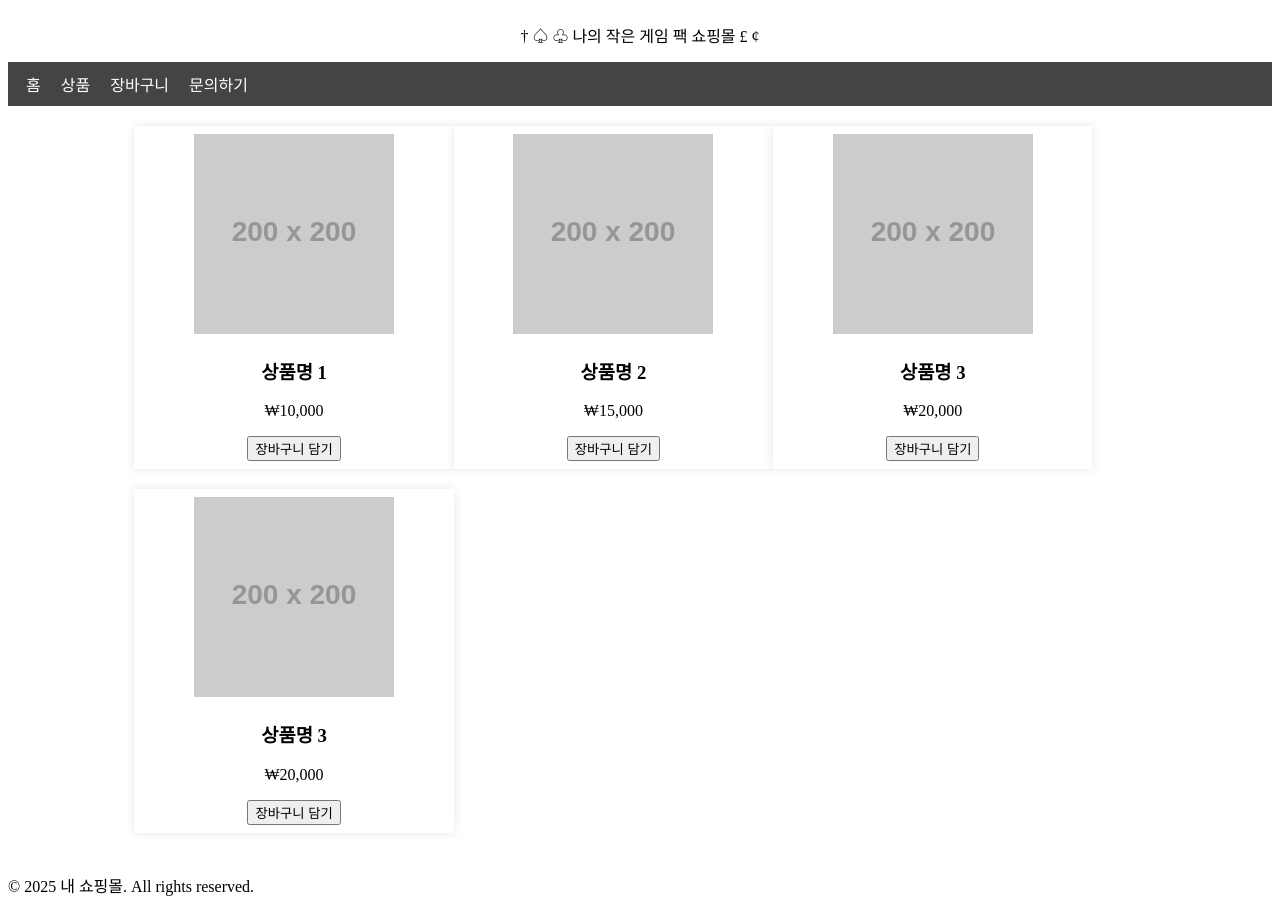
Repository: SeungYeon04/A_AssetsJSP
Page: http://localhost/JSP_Start01/
An editor plug-in stored every save of this project. The page is shown before and after the next save, followed by the edit.
The browser window is 1280 px wide. The pictures show the whole page.
Some web fonts or font styles are not loaded; a fallback is used. The page is served by Tomcat 9.

Above is the page before, as saved 2025-03-11 05:53:41.

After the next save:
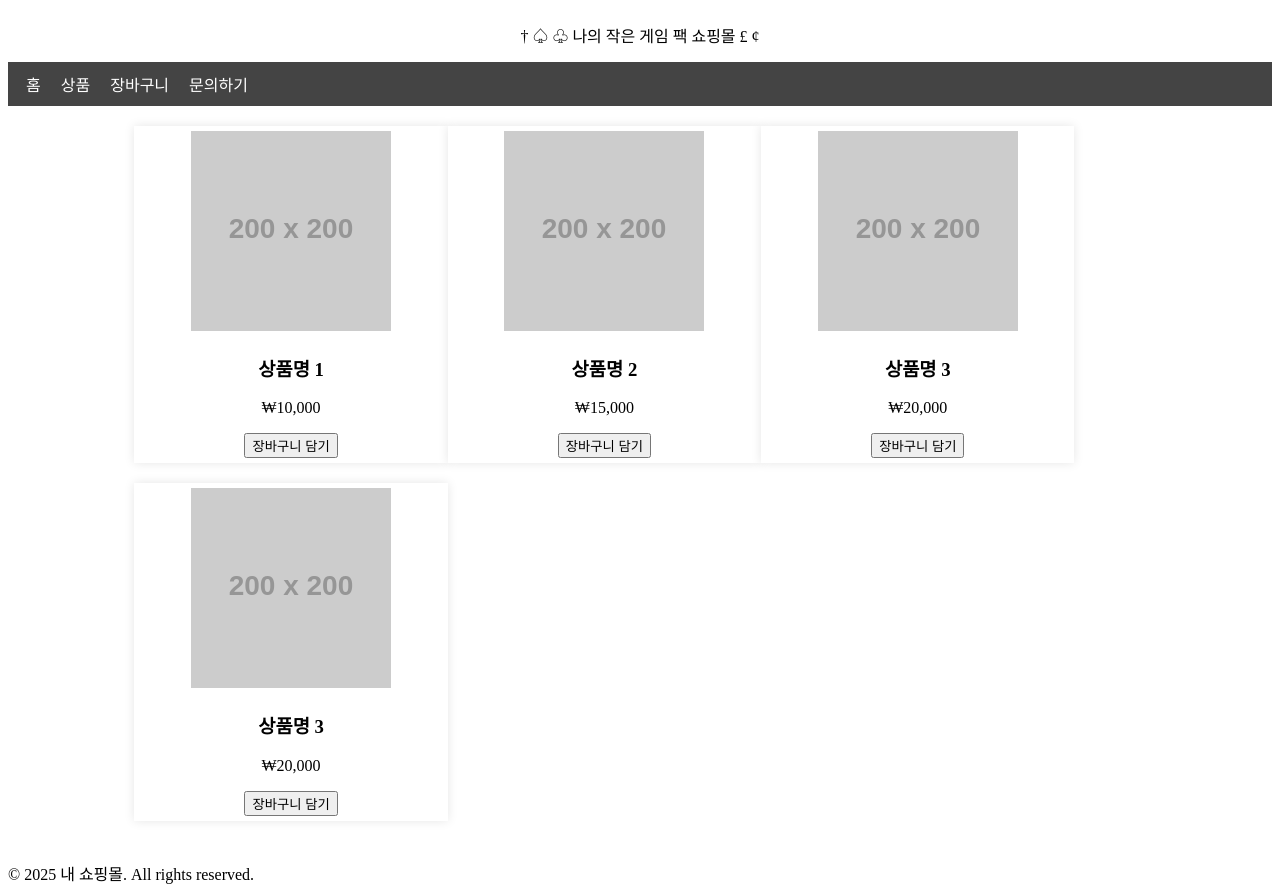
Saved 13 s later.
--- a/JSP_Start01/src/main/webapp/index.jsp
+++ b/JSP_Start01/src/main/webapp/index.jsp
@@ -95,7 +95,7 @@
 		.product {
 			width: 30%;
 			background: white;
-			padding: 8px;
+			padding: 5px;
 			box-shadow: 0 0 10px rgba(0, 0, 0, 0.1);
 			margin-bottom: 20px;
 			text-align: center;
